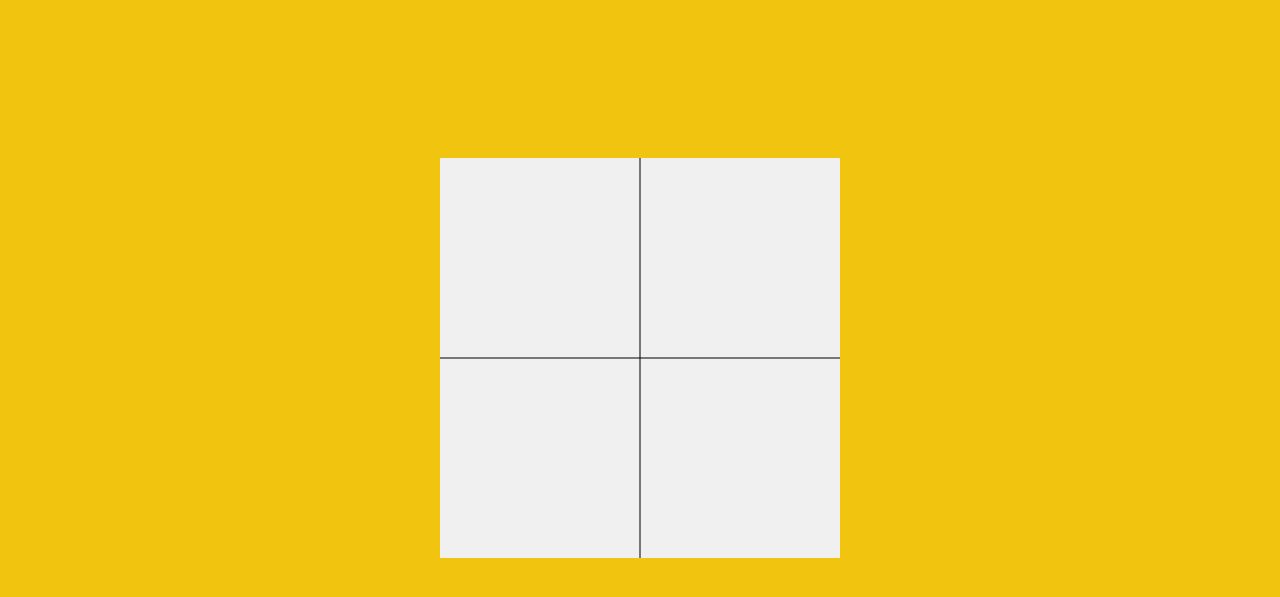
Repository: animarcus/graphing-app
Page: index.html
These files come from the project's save history. The page is drawn as it stood at one moment and after the next save; the edit follows.
The browser window is 1280 px wide. The pictures show the whole page.
Some web libraries are served in a nearby version.

Above is the page before, as saved 2020-09-26 19:27:45.

### index.html
<!DOCTYPE html>
<html lang="en">
<head>
  <link rel="apple-touch-icon"sizes="180x180"href="/icons/apple-touch-icon.png">
  <link rel="icon"type="image/png"sizes="32x32"href="/icons/favicon-32x32.png">
  <link rel="icon"type="image/png"sizes="16x16"href="/icons/favicon-16x16.png">
  <link rel="manifest"href="/icons/site.webmanifest">

  <link rel="stylesheet" href="css/style.css">
  <meta charset="UTF-8">
  <meta name="viewport" content="width=device-width, initial-scale=1.0, maximum-scale=1.0, user-scalable=0">
  <title>PLACEHOLDER</title>

  <script type="text/javascript" src="https://cdn.jsdelivr.net/npm/p5@1.1.4/lib/p5.min.js"></script>
  <script src="js/sketch.js"></script>
</head>
<body>
  <div id="canvas1"></div>
</body>
</html>

### css/style.css
* {
  cursor: default;
  /* -webkit-touch-callout: none;
  -webkit-user-select: none;
  -khtml-user-select: none;
  -moz-user-select: none;
  -ms-user-select: none;
  user-select: none; */
}
body {
  background: #f1c40f;
  height: 100%;
  overflow-y: hidden;
  overflow-x: hidden;
  /* border-radius: 50%; */
}

#canvas1 {
  position: absolute;
  top:50%;
  left:50%;
  transform: translate(-50%,-50%);
}

### js/sketch.js

let canvasW = 400;
let canvasH = 400;

function setup() {
  let canvas = createCanvas(canvasW,canvasH);
  canvas.parent("canvas1");

  background(240);
  translate(canvasW/2, canvasH/2);

  stroke('rgba(0%, 0%, 0%, 0.5)');
  strokeWeight(2);
  line(-canvasW/2, 0, canvasW/2, 0);
  line(0, -canvasH/2, 0, canvasH/2);
}


function draw() {
  fill(color("green"));
  drawHandlers.drawGrid();
}


let drawHandlers = {
  drawGrid : function() {

  }
};

After the next save:
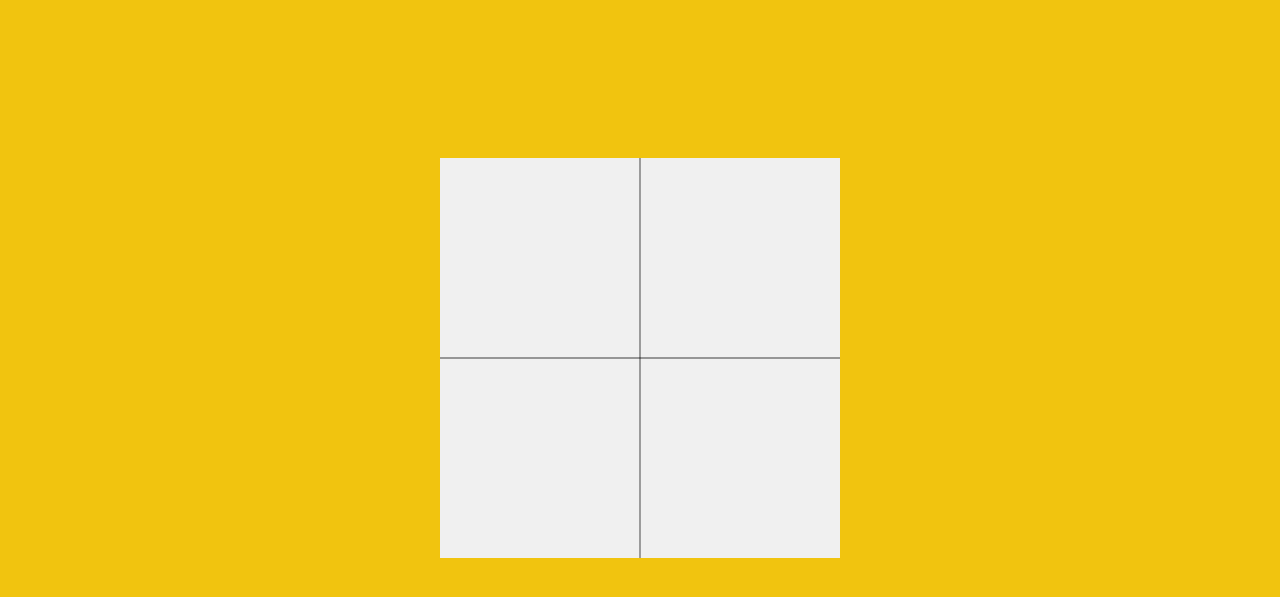
Saved 12 s later.
--- a/js/sketch.js
+++ b/js/sketch.js
@@ -10,7 +10,7 @@
   translate(canvasW/2, canvasH/2);
 
   stroke('rgba(0%, 0%, 0%, 0.5)');
-  strokeWeight(2);
+  strokeWeight(1.4);
   line(-canvasW/2, 0, canvasW/2, 0);
   line(0, -canvasH/2, 0, canvasH/2);
 }

After the save that followed:
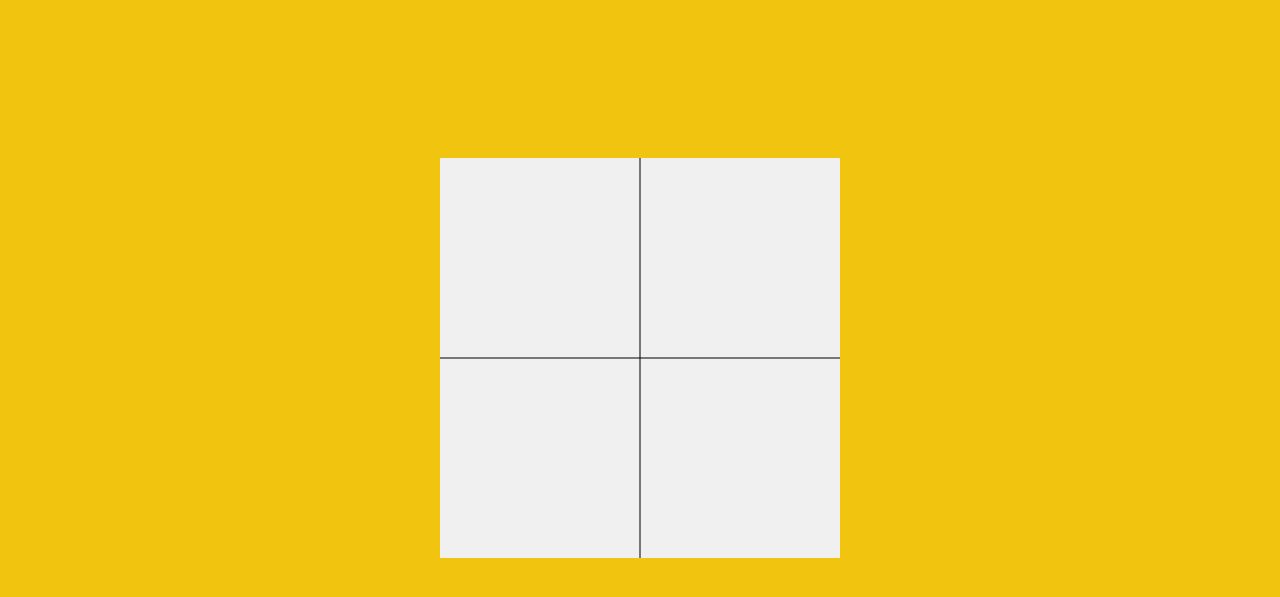
Saved 12 s later.
--- a/js/sketch.js
+++ b/js/sketch.js
@@ -10,7 +10,7 @@
   translate(canvasW/2, canvasH/2);
 
   stroke('rgba(0%, 0%, 0%, 0.5)');
-  strokeWeight(1.4);
+  strokeWeight(2);
   line(-canvasW/2, 0, canvasW/2, 0);
   line(0, -canvasH/2, 0, canvasH/2);
 }
